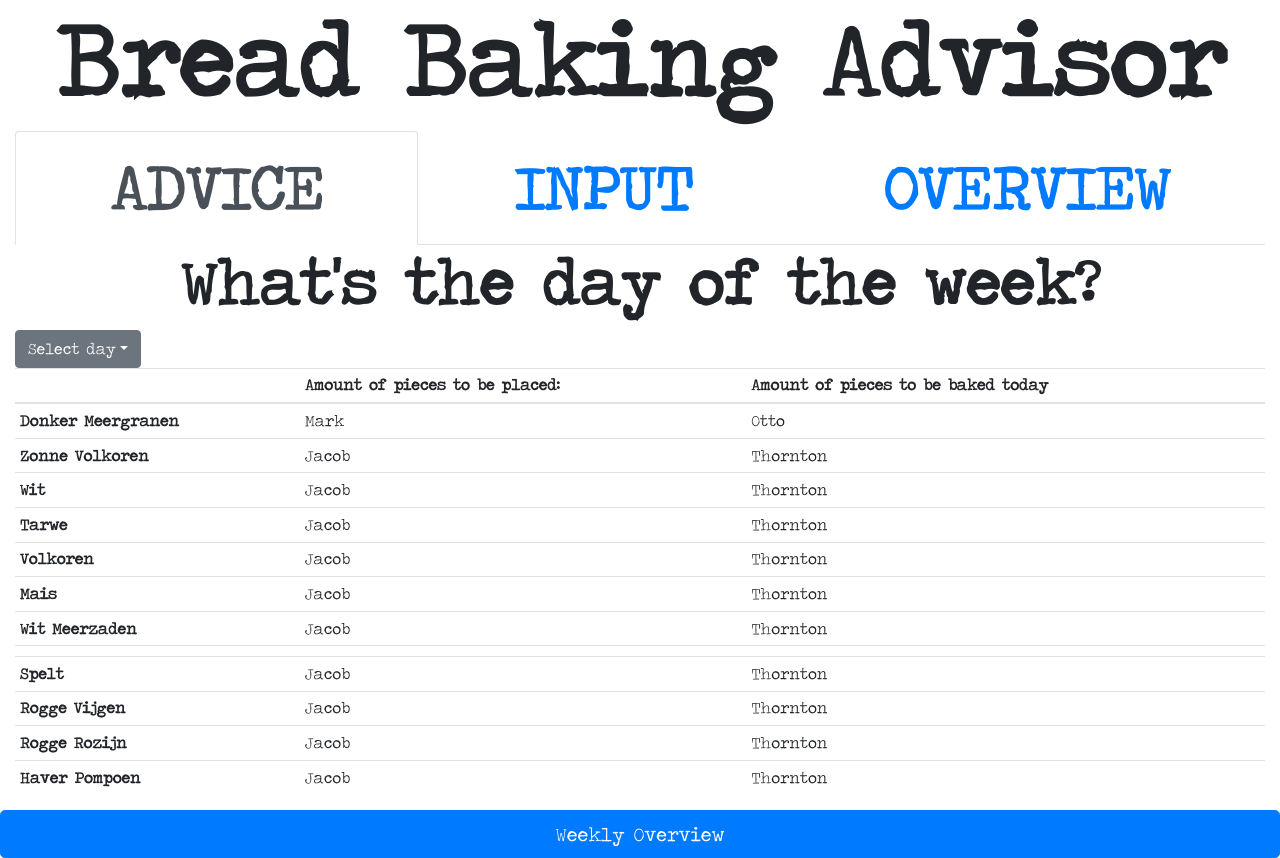
Repository: MarthGimenzo/bread-baking-advisor
Page: index.html
The author's editor kept a record of every edit. The page is drawn from the files as they stood at one moment, then again after the next edit.
The browser window is 1280 px wide. The pictures show the whole page.

Above is the page before.

### index.html
<!doctype html>
<html lang="en">

<head>
    <!-- Required meta tags -->
    <meta charset="utf-8">
    <meta name="viewport" content="width=device-width, initial-scale=1, shrink-to-fit=no">

    <!-- Bootstrap CSS -->
    <link rel="stylesheet" href="https://stackpath.bootstrapcdn.com/bootstrap/4.3.1/css/bootstrap.min.css" integrity="sha384-ggOyR0iXCbMQv3Xipma34MD+dH/1fQ784/j6cY/iJTQUOhcWr7x9JvoRxT2MZw1T" crossorigin="anonymous">
    <link rel="stylesheet" href="" type="text/css" />
    <link rel="stylesheet" href="assets/css/stylesheet.css" type="text/css" charset="utf-8" />
    <title>Bread Baking Advisor</title>
</head>

<body>

    <h1>Bread Baking Advisor</h1>
    <div class="container-fluid">
        <ul class="nav nav-tabs nav-fill">
            <li class="nav-item">
                <a class="nav-link active" href="#">ADVICE</a>
            </li>
            <li class="nav-item">
                <a class="nav-link" href="#">INPUT</a>
            </li>
            <li class="nav-item">
                <a class="nav-link" href="#">OVERVIEW</a>
            </li>
        </ul>
    </div>
    <h2>What's the day of the week?</h2>
    <div class="container-fluid">
        <div class="dropdown">
            <button class="btn btn-secondary dropdown-toggle" type="button" id="dropdownMenuButton" data-toggle="dropdown" aria-haspopup="true" aria-expanded="false">Select day</button>
            <div class="dropdown-menu" aria-labelledby="dropdownMenuButton">
                <a class="dropdown-item" href="#">Tuesday</a>
                <a class="dropdown-item" href="#">Wednesday</a>
                <a class="dropdown-item" href="#">Thursday</a>
                <a class="dropdown-item" href="#">Friday</a>
                <a class="dropdown-item" href="#">Saturday</a>
                <a class="dropdown-item" href="#">Sunday</a>
            </div>
        </div>
    </div>
    <div class="container-fluid">
        <table class="table table-sm">
            <thead>
                <tr>
                    <th scope="col"></th>
                    <th scope="col">Amount of pieces to be placed:</th>
                    <th scope="col">Amount of pieces to be baked today</th>

                </tr>
            </thead>
            <tbody>
                <tr>
                    <th scope="row">Donker Meergranen</th>
                    <td>Mark</td>
                    <td>Otto</td>
                </tr>
                <tr>
                    <th scope="row">Zonne Volkoren</th>
                    <td>Jacob</td>
                    <td>Thornton</td>
                </tr>
                <tr>
                    <th scope="row">Wit</th>
                    <td>Jacob</td>
                    <td>Thornton</td>
                </tr>
                <tr>
                    <th scope="row">Tarwe</th>
                    <td>Jacob</td>
                    <td>Thornton</td>
                </tr>
                <tr>
                    <th scope="row">Volkoren</th>
                    <td>Jacob</td>
                    <td>Thornton</td>
                </tr>
                <tr>
                    <th scope="row">Mais</th>
                    <td>Jacob</td>
                    <td>Thornton</td>
                </tr>
                <tr>
                    <th scope="row">Wit Meerzaden</th>
                    <td>Jacob</td>
                    <td>Thornton</td>
                </tr>
                <tr>
                    <th scope="row"></th>
                    <td></td>
                    <td></td>
                </tr>
                <tr>
                    <th scope="row">Spelt</th>
                    <td>Jacob</td>
                    <td>Thornton</td>
                </tr>
                <tr>
                    <th scope="row">Rogge Vijgen</th>
                    <td>Jacob</td>
                    <td>Thornton</td>
                </tr>
                <tr>
                    <th scope="row">Rogge Rozijn</th>
                    <td>Jacob</td>
                    <td>Thornton</td>
                </tr>
                <tr>
                    <th scope="row">Haver Pompoen</th>
                    <td>Jacob</td>
                    <td>Thornton</td>
                </tr>
            </tbody>
        </table>
    </div>
<footer>
    <button type="button" class="btn btn-primary btn-lg btn-block">Weekly Overview</button>
</footer>



    <!-- Optional JavaScript -->
    <!-- jQuery first, then Popper.js, then Bootstrap JS -->
    <script src="https://code.jquery.com/jquery-3.3.1.slim.min.js" integrity="sha384-q8i/X+965DzO0rT7abK41JStQIAqVgRVzpbzo5smXKp4YfRvH+8abtTE1Pi6jizo" crossorigin="anonymous"></script>
    <script src="https://cdnjs.cloudflare.com/ajax/libs/popper.js/1.14.7/umd/popper.min.js" integrity="sha384-UO2eT0CpHqdSJQ6hJty5KVphtPhzWj9WO1clHTMGa3JDZwrnQq4sF86dIHNDz0W1" crossorigin="anonymous"></script>
    <script src="https://stackpath.bootstrapcdn.com/bootstrap/4.3.1/js/bootstrap.min.js" integrity="sha384-JjSmVgyd0p3pXB1rRibZUAYoIIy6OrQ6VrjIEaFf/nJGzIxFDsf4x0xIM+B07jRM" crossorigin="anonymous"></script>
</body>

</html>

### assets/css/stylesheet.css
/*! Generated by Font Squirrel (https://www.fontsquirrel.com) on October 22, 2019 */

@font-face {
    font-family: 'traveling__typewriterregular';
    src: url('fonts/travelingtypewriter-webfont.woff2') format('woff2'),
         url('fonts/travelingtypewriter-webfont.woff') format('woff');
    font-weight: normal;
    font-style: normal;

}

h1 {
  font-size: 8vw;
  text-align: center;
  font-weight: bold;
}

h2 {
  font-size: 5vw;
  text-align: center;
  font-weight: bold;
}

.nav-link {
  font-size: 5vw;
  text-align: center;
  font-weight: bold;
}

body {
    font-family: 'traveling__typewriterregular', Arial, sans-serif;

}

After the next edit:
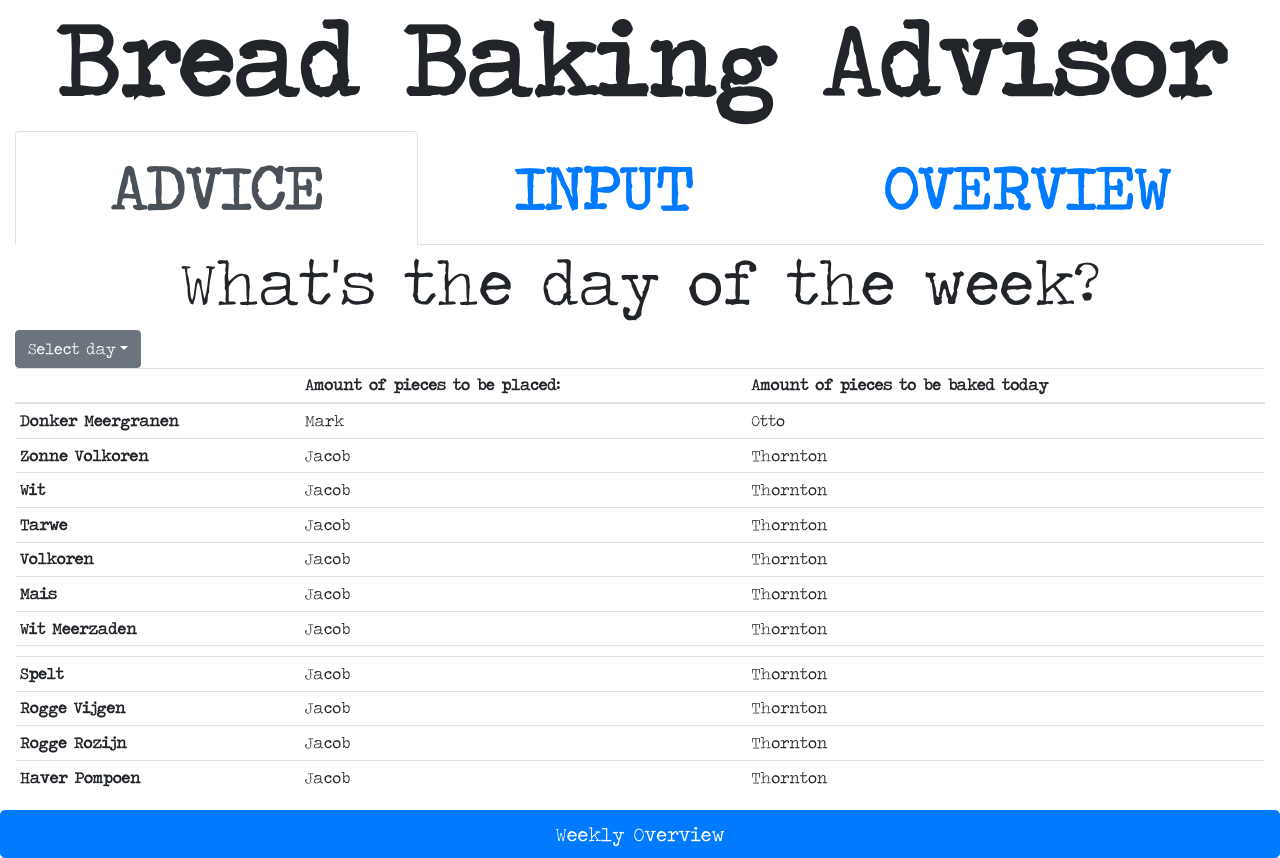
The edit:
--- a/assets/css/stylesheet.css
+++ b/assets/css/stylesheet.css
@@ -18,7 +18,6 @@
 h2 {
   font-size: 5vw;
   text-align: center;
-  font-weight: bold;
 }
 
 .nav-link {
